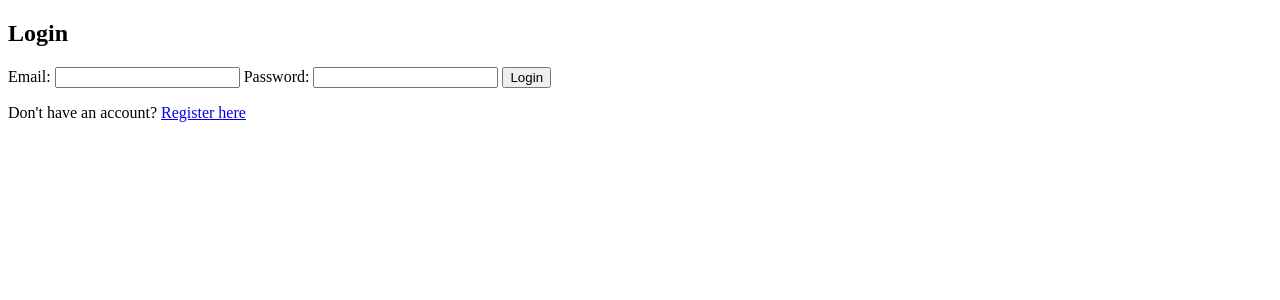
Repository: Srmaraghu/Advanced-Java
Page: Form Handling/src/main/webapp/WEB-INF/login.html
An editor plug-in stored every save of this project. The page is shown before and after the next save, followed by the edit.
The browser window is 1280 px wide. The pictures show the whole page.

Above is the page before, as saved 2025-01-25 07:51:30.

After the next save:
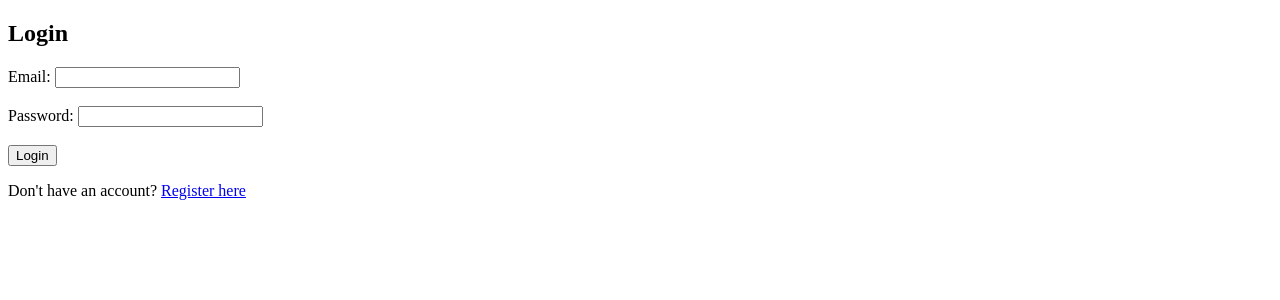
Saved 3 s later.
--- a/Form Handling/src/main/webapp/WEB-INF/login.html
+++ b/Form Handling/src/main/webapp/WEB-INF/login.html
@@ -4,26 +4,20 @@
     <meta charset="UTF-8">
     <meta name="viewport" content="width=device-width, initial-scale=1.0">
     <title>User Login</title>
-
 </head>
 <body>
+    <h2>Login</h2>
+    <form action="login" method="post">
+        <label for="email">Email:</label>
+        <input type="text" id="email" name="email" required><br><br>
 
-    <div class="login-container">
-        <h2>Login</h2>
-        <form action="login" method="post">
-            <label for="email">Email:</label>
-            <input type="text" id="email" name="email" required>
+        <label for="password">Password:</label>
+        <input type="password" id="password" name="password" required><br><br>
 
-            <label for="password">Password:</label>
-            <input type="password" id="password" name="password" required>
-
-            <button type="submit">Login</button>
-        </form>
-
-        <div class="message">
-            <p>Don't have an account? <a href="register.html">Register here</a></p>
-        </div>
+        <button type="submit">Login</button>
+    </form>
+    <div>
+        <p>Don't have an account? <a href="register.html">Register here</a></p>
     </div>
-
 </body>
 </html>
